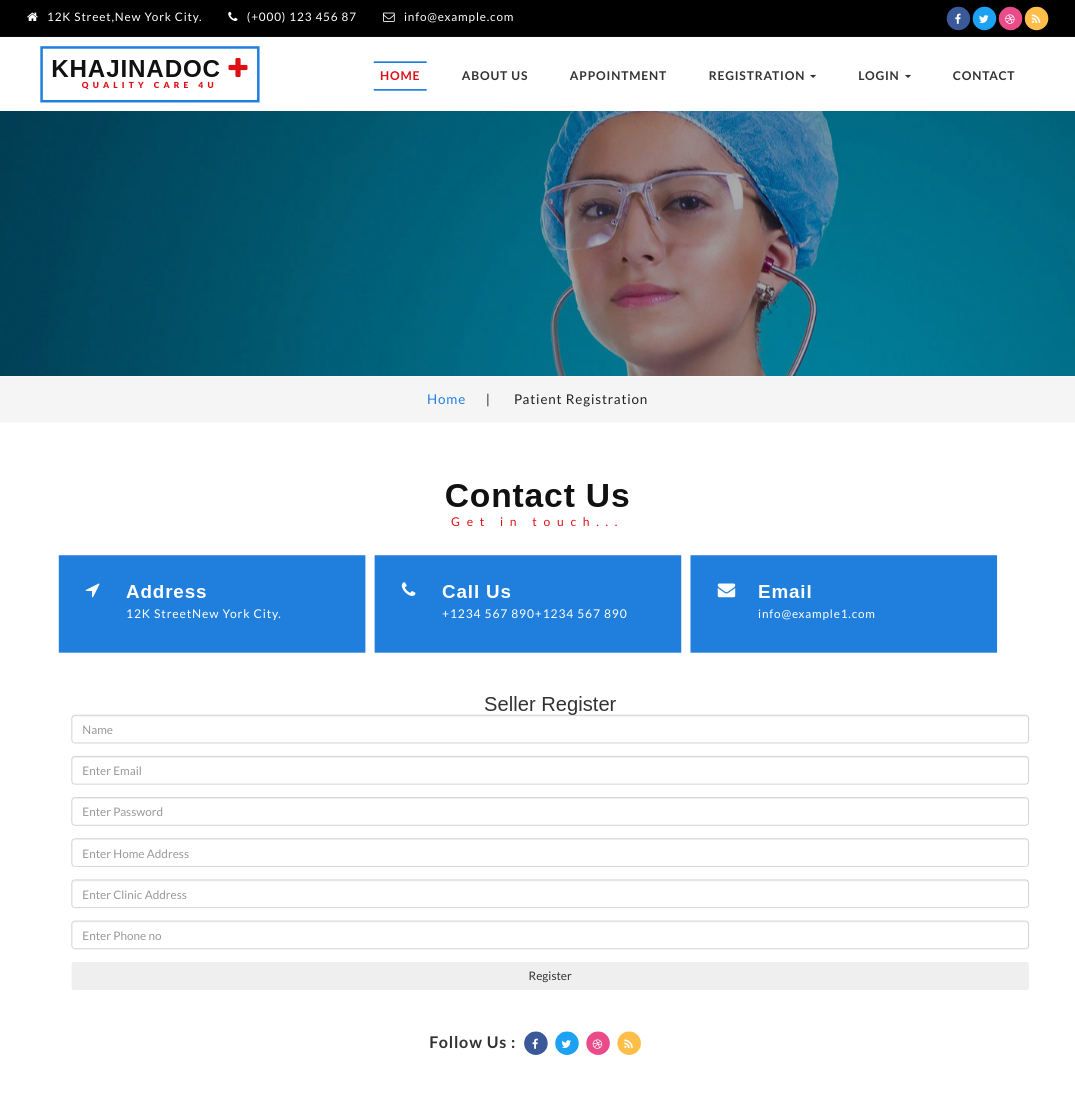
Repository: 72-faisal/work_to_do
Page: http://localhost/Khajina_Doctor/Doctor_Registration.jsp
An editor plug-in stored every save of this project. The page is shown before and after the next save, followed by the edit.
The browser window is 1280 px wide. The pictures show the part of the page from y = 0 to 1320 px (the page is 2350 px tall before and 2427 px after), at 84% of full size.
Pictures or frames that could not be fetched are drawn as grey boxes. Some web fonts or font styles are not loaded; a fallback is used. The page is served by Tomcat 9. Other server files are loaded and not shown.

Above is the page before, as saved 2023-04-10 10:59:26.

### Khajina_Doctor/Khajina_Doctor/src/main/webapp/Doctor_Registration.jsp
<%@ page language="java" contentType="text/html; charset=ISO-8859-1"
    pageEncoding="ISO-8859-1"%>

<!--
author: W3layouts
author URL: http://w3layouts.com
License: Creative Commons Attribution 3.0 Unported
License URL: http://creativecommons.org/licenses/by/3.0/
-->
<!DOCTYPE html>
<html lang="zxx">
<head>
<title>Health Plus a Medical Category Bootstrap Responsive Website Template | Contact :: w3layouts</title>
<!-- for-meta-tags-->
<meta name="viewport" content="width=device-width, initial-scale=1">
<meta http-equiv="Content-Type" content="text/html; charset=utf-8" />
<meta name="keywords" content="Health Plus Responsive web template, Bootstrap Web Templates, Flat Web Templates, Android Compatible web template,
Smartphone Compatible web template, free web designs for Nokia, Samsung, LG, SonyEricsson, Motorola web design" />
<script type="application/x-javascript"> addEventListener("load", function() { setTimeout(hideURLbar, 0); }, false);
		function hideURLbar(){ window.scrollTo(0,1); } </script>
<!-- //for-meta-tags-->
<link href="css/bootstrap.css" rel="stylesheet" type="text/css" media="all" />
<link href="css/style.css" rel="stylesheet" type="text/css" media="all" />
<!-- font-awesome icons -->
<link href="css/font-awesome.css" rel="stylesheet">
<!-- //font-awesome icons -->
<link href="//fonts.googleapis.com/css?family=Raleway:200,200i,300,300i,400,400i,500,500i,600,600i,700,700i,800" rel="stylesheet">
<link href="//fonts.googleapis.com/css?family=Lato:300,300i,400,400i,700,900" rel="stylesheet">
</head>

<body>
<div class="main" id="home">
<!-- banner -->
		<div class="header_agileinfo">
						<div class="w3_agileits_header_text">
							<ul class="top_agile_w3l_info_icons">
									<li><i class="fa fa-home" aria-hidden="true"></i>12K Street,New York City.</li>
									<li class="second"><i class="fa fa-phone" aria-hidden="true"></i>(+000) 123 456 87</li>

									<li><i class="fa fa-envelope-o" aria-hidden="true"></i><a href="mailto:maria@example.com">info@example.com</a></li>
								</ul>

						</div>
						<div class="agileinfo_social_icons">
							<ul class="agileits_social_list">
								<li><a href="#" class="w3_agile_facebook"><i class="fa fa-facebook" aria-hidden="true"></i></a></li>
								<li><a href="#" class="agile_twitter"><i class="fa fa-twitter" aria-hidden="true"></i></a></li>
								<li><a href="#" class="w3_agile_dribble"><i class="fa fa-dribbble" aria-hidden="true"></i></a></li>
								<li><a href="#" class="w3_agile_rss"><i class="fa fa-rss" aria-hidden="true"></i></a></li>
							</ul>
						</div>
						<div class="clearfix"> </div>
			</div>

		<div class="header-bottom">
				<nav class="navbar navbar-default">
				<!-- Brand and toggle get grouped for better mobile display -->
				<div class="navbar-header">
				  <button type="button" class="navbar-toggle collapsed" data-toggle="collapse" data-target="#bs-example-navbar-collapse-1">
					<span class="sr-only">Toggle navigation</span>
					<span class="icon-bar"></span>
					<span class="icon-bar"></span>
					<span class="icon-bar"></span>
				  </button>
					<div class="logo">
						<h1><a class="navbar-brand" href="index.jsp"><span>Khajina</span>Doc <i class="fa fa-plus" aria-hidden="true"></i> <p>Quality Care 4U</p></a></h1>
					</div>
				</div>

				<!-- Collect the nav links, forms, and other content for toggling -->
				<div class="collapse navbar-collapse nav-wil" id="bs-example-navbar-collapse-1">
					<nav class="menu menu--sebastian">
					<ul id="m_nav_list" class="m_nav menu__list">
						<li class="m_nav_item menu__item menu__item--current" id="m_nav_item_1"> <a href="index.jsp" class="menu__link"> Home </a></li>
						<li class="m_nav_item menu__item" id="moble_nav_item_2"> <a href="about.jsp" class="menu__link"> About Us </a> </li>
						<li class="m_nav_item menu__item" id="moble_nav_item_4"> <a href="appointment.jsp" class="menu__link">Appointment  </a> </li>
						<li class="m_nav_item menu__item" id="moble_nav_item_3 dropdown"> <a href="#" class="menu__link dropdown-toggle" data-toggle="dropdown">Registration  <b class="caret"></b></a>
						   <ul class="dropdown-menu agile_short_dropdown">
									<li><a href="Patient_Registration.jsp">As Patient</a></li>
									<li><a href="Doctor_Registration.jsp">As Doctor</a></li>
								</ul>
						</li>
						<li class="m_nav_item menu__item" id="moble_nav_item_3 dropdown"> <a href="#" class="menu__link dropdown-toggle" data-toggle="dropdown">Login  <b class="caret"></b></a>
						   <ul class="dropdown-menu agile_short_dropdown">
									<li><a href="Patient_Login.jsp">Patient Login</a></li>
									<li><a href="Doctor_Login.jsp">Doctor Login</a></li>
									<li><a href="Admin_Login.jsp">Admin Login</a></li>
						   </ul>
						</li>
						<li class="m_nav_item menu__item" id="moble_nav_item_6"> <a href="contact.jsp" class="menu__link"> Contact </a> </li>
					</ul>
				</nav>

				</div>
				<!-- /.navbar-collapse -->
			</nav>
	 </div>
</div>
<!-- banner -->
<!-- banner1 -->
	<div class="banner1 jarallax">
		<div class="container">
		</div>
	</div>

	<div class="services-breadcrumb">
		<div class="container">
			<ul>
				<li><a href="index.jsp">Home</a><i>|</i></li>
				<li>Patient Registration</li>
			</ul>
		</div>
	</div>
<!-- //banner1 -->
	<div class="banner-bottom" id="about">
		<div class="container">
			<h2 class="w3_heade_tittle_agile">Contact Us</h2>
		    <p class="sub_t_agileits">Get in touch...</p>

           <div class="contact-top-agileits">
               <div class="col-md-4 contact-grid ">
					<div class="contact-grid1 agileits-w3layouts">
						<i class="fa fa-location-arrow"></i>
						<div class="con-w3l-info">
						   <h4>Address </h4>
						  <p>12K Street<span>New York City.</span></p>
						</div>
						<div class="clearfix"></div>
					</div>
				</div>
				<div class="col-md-4 contact-grid">
					<div class="contact-grid2 w3">
						<i class="fa fa-phone" aria-hidden="true"></i>
						<div class="con-w3l-info">
						  <h4>Call Us</h4>
						   <p>+1234 567 890<span>+1234 567 890</span></p>
						</div>
						<div class="clearfix"></div>
					</div>
				</div>
				<div class="col-md-4 contact-grid">
					<div class="contact-grid3 w3l">
						<i class="fa fa-envelope"></i>
						<div class="con-w3l-info">
						  <h4>Email</h4>
						  <p><a href="mailto:info@example.com">info@example1.com</a>

						  </p></div>
						  <div class="clearfix"></div>
					</div>
				</div>
				<div class="clearfix"></div>

			</div>
      <section class="contact py-lg-4 py-md-3 py-sm-3 py-3">
         <div class="container py-lg-5 py-md-4 py-sm-4 py-3">
            <h3 class="title text-center mb-lg-5 mb-md-4 mb-sm-4 mb-3">Seller Register</h3>
            <div class="contact-list-grid">
               <form action="PatientController" method="post">
                  <div class=" agile-wls-contact-mid">
                     <div class="form-group contact-forms">
                        <input type="text" class="form-control" placeholder="Name" name="dname">
                     </div>
                     <div class="form-group contact-forms">
                        <input type="email" class="form-control" placeholder="Enter Email" name="demail">
                     </div>
                      <div class="form-group contact-forms">
                        <input type="password" class="form-control" placeholder="Enter Password" name="dpassword">
                     </div>
                      <div class="form-group contact-forms">
                        <input type="text" class="form-control" placeholder="Enter Home Address" name="dcaddress">
                     </div>
                      <div class="form-group contact-forms">
                        <input type="text" class="form-control" placeholder="Enter Clinic Address" name="dcaddress">
                     </div>
                     <div class="form-group contact-forms">
                        <input type="text" class="form-control" placeholder="Enter Phone no" name="dcontact">
                     </div>
                    <button type="submit" name="action" value="register"  class="btn btn-block sent-butnn">Register</button>
                  </div>
               </form>
            </div>
           </div>
         <!--//contact-map -->
      </section>
				  <ul class="agileits_social_list two">
				        <li class="fallow"> Follow Us :</li>
								<li><a href="#" class="w3_agile_facebook"><i class="fa fa-facebook" aria-hidden="true"></i></a></li>
								<li><a href="#" class="agile_twitter"><i class="fa fa-twitter" aria-hidden="true"></i></a></li>
								<li><a href="#" class="w3_agile_dribble"><i class="fa fa-dribbble" aria-hidden="true"></i></a></li>
								<li><a href="#" class="w3_agile_rss"><i class="fa fa-rss" aria-hidden="true"></i></a></li>
							</ul>

			   </div>
	    </div>
	</div>

<div class="map_agile">
<iframe src="https://www.google.com/maps/embed?pb=!1m18!1m12!1m3!1d387142.84010033106!2d-74.25819252532891!3d40.70583163828471!2m3!1f0!2f0!3f0!3m2!1i1024!2i768!4f13.1!3m3!1m2!1s0x89c24fa5d33f083b%3A0xc80b8f06e177fe62!2sNew+York%2C+NY%2C+USA!5e0!3m2!1sen!2sin!4v1475140387172" style="border:0"></iframe>


</div>
<!-- footer -->
	<div class="footer">
		<div class="container">
			<h4>Subscribe to <span>Newsletter</span></h4>
			<form action="#" method="post">
				<input type="email" name="Email" placeholder="Enter Your Email..." required="">
				<input type="submit" value="Send">
			</form>
			<div class="agile_footer_copy">
				<div class="w3agile_footer_grids">
					<div class="col-md-4 w3agile_footer_grid">
						<h3>About Us</h3>
						<p>Duis aute irure dolor in reprehenderit in voluptate velit esse.<span>Excepteur sint occaecat cupidatat
							non proident, sunt in culpa qui officia deserunt mollit.</span></p>
					</div>
					<div class="col-md-4 w3agile_footer_grid">
						<h3>Contact Info</h3>
						<ul>
							<li><i class="fa fa-map-marker" aria-hidden="true"></i>1234k Avenue, 4th block, <span>New York City.</span></li>
							<li><i class="fa fa-envelope-o" aria-hidden="true"></i><a href="mailto:info@example.com">info@example.com</a></li>
							<li><i class="fa fa-phone" aria-hidden="true"></i>+1234 567 567</li>
						</ul>
					</div>
					<div class="col-md-4 w3agile_footer_grid w3agile_footer_grid1">
						<h3>Navigation</h3>
						<ul>
							<li><span class="fa fa-long-arrow-right" aria-hidden="true"></span><a href="gallery.jsp">Department</a></li>
							<li><span class="fa fa-long-arrow-right" aria-hidden="true"></span><a href="appointment.jsp">Appointment</a></li>
							<li><span class="fa fa-long-arrow-right" aria-hidden="true"></span><a href="about.jsp">About</a></li>
							<li><span class="fa fa-long-arrow-right" aria-hidden="true"></span><a href="contact.jsp">Contact Us</a></li>
						</ul>
					</div>
					<div class="clearfix"> </div>
				</div>
			</div>
			<div class="w3_agileits_copy_right_social">
				<div class="col-md-6 agileits_w3layouts_copy_right">
					<p>&copy; 2017 Health Plus. All rights reserved | Design by <a href="http://w3layouts.com/">W3layouts</a></p>
				</div>
				<div class="col-md-6 w3_agile_copy_right">
					<ul class="agileits_social_list">
								<li><a href="#" class="w3_agile_facebook"><i class="fa fa-facebook" aria-hidden="true"></i></a></li>
								<li><a href="#" class="agile_twitter"><i class="fa fa-twitter" aria-hidden="true"></i></a></li>
								<li><a href="#" class="w3_agile_dribble"><i class="fa fa-dribbble" aria-hidden="true"></i></a></li>
								<li><a href="#" class="w3_agile_rss"><i class="fa fa-rss" aria-hidden="true"></i></a></li>
							</ul>
				</div>
				<div class="clearfix"> </div>
			</div>
		</div>
	</div>
<!-- //footer -->
<a href="#" id="toTop" style="display: block;"> <span id="toTopHover" style="opacity: 1;"> </span></a>
 <!-- js -->
<script src="js/jquery-2.2.3.min.js"></script>
<!-- bootstrap-pop-up -->
	<div class="modal video-modal fade" id="myModal" tabindex="-1" role="dialog" aria-labelledby="myModal">
		<div class="modal-dialog" role="document">
			<div class="modal-content">
				<div class="modal-header">
					Health Plus
					<button type="button" class="close" data-dismiss="modal" aria-label="Close"><span aria-hidden="true">&times;</span></button>
				</div>
				<section>
					<div class="modal-body">
						<img src="images/g9.jpg" alt=" " class="img-responsive" />
						<p>Ut enim ad minima veniam, quis nostrum
							exercitationem ullam corporis suscipit laboriosam,
							nisi ut aliquid ex ea commodi consequatur? Quis autem
							vel eum iure reprehenderit qui in ea voluptate velit
							esse quam nihil molestiae consequatur, vel illum qui
							dolorem eum fugiat quo voluptas nulla pariatur.
							<i>" Quis autem vel eum iure reprehenderit qui in ea voluptate velit
								esse quam nihil molestiae consequatur.</i></p>
					</div>
				</section>
			</div>
		</div>
	</div>
<!-- //bootstrap-pop-up -->
<!-- start-smoth-scrolling -->
<script type="text/javascript" src="js/move-top.js"></script>
<script type="text/javascript" src="js/easing.js"></script>
<script type="text/javascript">
	jQuery(document).ready(function($) {
		$(".scroll").click(function(event){
			event.preventDefault();
			$('html,body').animate({scrollTop:$(this.hash).offset().top},1000);
		});
	});
</script>
<!-- start-smoth-scrolling -->
			<script src="js/jarallax.js"></script>
	<script src="js/SmoothScroll.min.js"></script>
	<script type="text/javascript">
		/* init Jarallax */
		$('.jarallax').jarallax({
			speed: 0.5,
			imgWidth: 1366,
			imgHeight: 768
		})
	</script>

	<script src="js/bootstrap.js"></script>
<!-- //for bootstrap working -->
<!-- here stars scrolling icon -->
	<script type="text/javascript">
		$(document).ready(function() {
			/*
				var defaults = {
				containerID: 'toTop', // fading element id
				containerHoverID: 'toTopHover', // fading element hover id
				scrollSpeed: 1200,
				easingType: 'linear'
				};
			*/

			$().UItoTop({ easingType: 'easeOutQuart' });

			});
	</script>
<!-- //here ends scrolling icon -->
</body>
</html>

Loaded but not shown: Khajina_Doctor/Khajina_Doctor/src/main/webapp/css/bootstrap.css (library); Khajina_Doctor/Khajina_Doctor/src/main/webapp/css/font-awesome.css (library); Khajina_Doctor/Khajina_Doctor/src/main/webapp/js/jquery-2.2.3.min.js (library); Khajina_Doctor/Khajina_Doctor/src/main/webapp/js/SmoothScroll.min.js (library); Khajina_Doctor/Khajina_Doctor/src/main/webapp/js/bootstrap.js (library); Khajina_Doctor/Khajina_Doctor/src/main/webapp/js/jarallax.js (433 lines, source omitted); Khajina_Doctor/Khajina_Doctor/src/main/webapp/js/easing.js (140 lines, source omitted); Khajina_Doctor/Khajina_Doctor/src/main/webapp/js/move-top.js (5 lines, source omitted); Khajina_Doctor/Khajina_Doctor/src/main/webapp/css/style.css (4106 lines, source omitted)

After the next save:
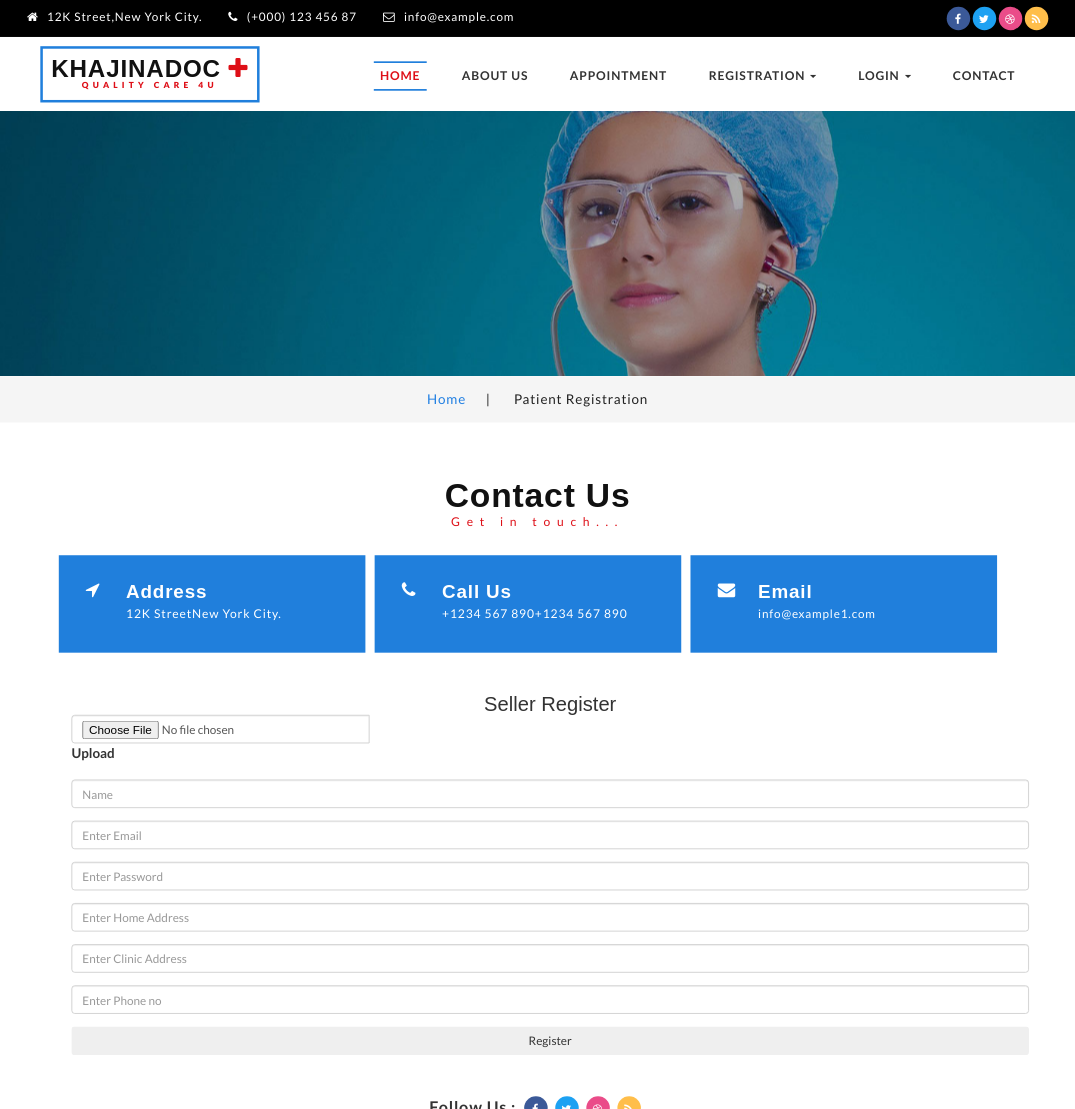
Saved 2 min 42 s later.
--- a/Khajina_Doctor/Khajina_Doctor/src/main/webapp/Doctor_Registration.jsp
+++ b/Khajina_Doctor/Khajina_Doctor/src/main/webapp/Doctor_Registration.jsp
@@ -159,6 +159,10 @@ Smartphone Compatible web template, free web designs for Nokia, Samsung, LG, Son
                <form action="PatientController" method="post">
                   <div class=" agile-wls-contact-mid">
                      <div class="form-group contact-forms">
+                     <div class="input-group mb-3">
+                        <input type="file" class="form-control" id="inputGroupFile02">
+                           <label class="input-group-text" for="inputGroupFile02">Upload</label>
+                     </div>
                         <input type="text" class="form-control" placeholder="Name" name="dname">
                      </div>
                      <div class="form-group contact-forms">
